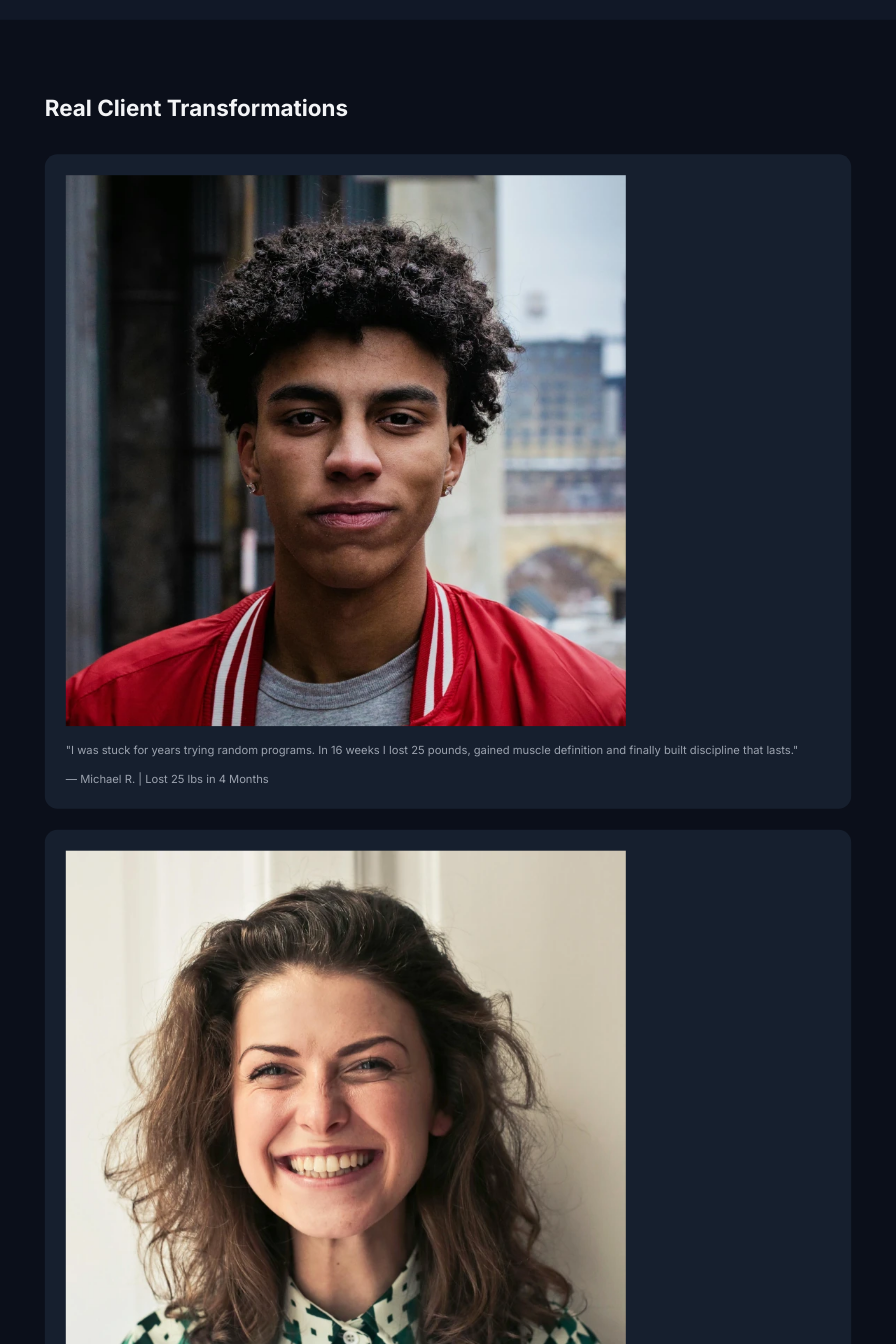
Repository: davidfsillva/Landing-page-pro
Page: index.html
The author's editor kept a copy of each file at every save. The page is drawn from the files as they stood at one save, then again after a run of saves.
The browser window is 1280 px wide. The pictures show the part of the page from y = 2886 to 4806 px (the page is 7015 px tall before and 7908 px after), at 70% of full size.

Above is the page before, as saved 2026-02-26 17:08:16.

### index.html
<!DOCTYPE html>
<html lang="en">
<head>
    <!-- ================= BASIC META ================= -->
    <meta charset="UTF-8">
    <meta name="viewport" content="width=device-width, initial-scale=1.0, maximum-scale=5.0">
    <meta name="robots" content="index, follow">
    <link rel="canonical" href="https://www.lucasreynolds.com">

    <!-- ================= SEO ================= -->
    <title>Lucas Reynolds | Elite Personal Trainer</title>
    <meta name="description" content="Elite personal training focused on fat loss, muscle building and peak performance. Customized programs, strategic nutrition and real accountability. Book your free fitness consultation today.">

    <!-- ================= OPEN GRAPH ================= -->
    <meta property="og:title" content="Lucas Reynolds | Transform Your Body in 90 Days">
    <meta property="og:description" content="Personalized training programs with proven results. Limited spots available.">
    <meta property="og:type" content="website">
    <meta property="og:image" content="https://placehold.co/1200x630/0B1020/00FF99?text=LUCAS+REYNOLDS">
    <meta property="og:url" content="https://www.lucasreynolds.com">
    <meta name="twitter:card" content="summary_large_image">

    <!-- FONTS -->
    <link rel="preconnect" href="https://fonts.googleapis.com">
    <link href="https://fonts.googleapis.com/css2?family=Inter:wght@300;400;600;700;800&display=swap" rel="stylesheet">

    <link rel="stylesheet" href="style.css">
</head>

<body>

<header class="header">
  <div class="container header-flex">
      <div class="logo">LUCAS REYNOLDS</div>

      <button class="menu-toggle" id="menuToggle">☰</button>

      <nav class="nav" id="nav">
        <a href="#home">Home</a>
        <a href="#about">About</a>
        <a href="#method">Method</a>
        <a href="#results">Results</a>
        <a href="#contact" class="nav-cta">Book Call</a>
      </nav>
  </div>
</header>

<main>

<!-- HERO -->
<section id="home" class="hero">
    <div class="hero-overlay"></div>

    <div class="container hero-grid">

        <div class="hero-content">
            <div class="hero-badge">
                Trusted by 320+ Clients Worldwide
            </div>

            <h1>
                BUILD YOUR ELITE BODY
                <span>IN 90 DAYS.</span>
            </h1>

            <p>
                High-performance coaching for ambitious men who want visible results,
                structured training and real accountability.
            </p>

            <div class="hero-buttons">
                <a href="#contact" class="btn btn-primary">
                    Book Free Strategy Call
                </a>
            </div>

            <div class="hero-proof">
                <div>
                    <strong>320+</strong>
                    <small>Transformations</small>
                </div>

                <div>
                    <strong>8+ Years</strong>
                    <small>Experience</small>
                </div>
            </div>
        </div>

    </div>
</section>

<!-- ABOUT -->
<section id="about" class="section">
    <div class="container">
        <h2>Why Most People Fail</h2>

        <div class="grid-3">

            <div class="card">
                <h3>Generic Workouts</h3>
                <p>
                    Most programs are copied from the internet and built for everyone —
                    which means they’re built for no one.
                </p>
                <p>
                    Without personalization, your body doesn’t respond the way it should.
                    Progress slows. Motivation drops.
                </p>
            </div>

            <div class="card">
                <h3>Poor Nutrition</h3>
                <p>
                    Random dieting, cutting calories blindly, or following extreme plans
                    that don’t match your lifestyle.
                </p>
                <p>
                    Nutrition must support performance, recovery and consistency —
                    not destroy your energy.
                </p>
            </div>

            <div class="card">
                <h3>No Accountability</h3>
                <p>
                    Discipline fades when there’s no structure.
                </p>
                <p>
                    Without expert guidance, weekly adjustments and performance tracking,
                    most people quit before real transformation happens.
                </p>
            </div>

        </div>
    </div>
</section>

<!-- METHOD -->
<section id="method" class="section section-dark">
    <div class="container">
        <h2>The Reynolds Method</h2>

        <div class="method-list">

            <div class="method-item" data-step="01">
                <strong>Full Performance Assessment</strong>
                <p>
                    We start with a deep evaluation of your body composition,
                    strength levels, mobility, metabolism and lifestyle habits.
                </p>
                <p>
                    This allows us to identify limitations, imbalances and
                    performance gaps before building your transformation plan.
                </p>
            </div>

            <div class="method-item" data-step="02">
                <strong>Precision Custom Program</strong>
                <p>
                    Your training plan is engineered around your goal —
                    whether fat loss, muscle gain or full body recomposition.
                </p>
                <p>
                    Progressive overload, recovery cycles and measurable benchmarks
                    are built into every phase.
                </p>
            </div>

            <div class="method-item" data-step="03">
                <strong>Strategic Nutrition System</strong>
                <p>
                    No extreme dieting. No starvation.
                </p>
                <p>
                    Instead, a structured nutrition framework aligned with your
                    metabolism, schedule and performance demands.
                </p>
            </div>

            <div class="method-item" data-step="04">
                <strong>Elite Accountability Protocol</strong>
                <p>
                    Weekly check-ins, performance tracking and plan adjustments.
                </p>
                <p>
                    You stay focused. I handle the strategy.
                </p>
            </div>

        </div>
    </div>
</section>

<!-- RESULTS -->
<section id="results" class="section">
    <div class="container">
        <h2>Real Client Transformations</h2>

        <div class="grid-3">

            <div class="testimonial">
                <img src="img/2.webp" alt="Michael transformation">
                <p>
                    "I was stuck for years trying random programs.
                    In 16 weeks I lost 25 pounds, gained muscle definition
                    and finally built discipline that lasts."
                </p>
                <span>— Michael R. | Lost 25 lbs in 4 Months</span>
            </div>

            <div class="testimonial">
                <img src="img/1.webp" alt="Sarah transformation">
                <p>
                    "The structure and weekly accountability changed everything.
                    I stopped guessing and started progressing consistently.
                    Best shape of my life at 38."
                </p>
                <span>— Sarah T. | Body Recomposition</span>
            </div>

            <div class="testimonial">
                <img src="img/3.webp" alt="Alicia transformation">
                <p>
                    "This wasn't just fat loss. I rebuilt my confidence,
                    my routine and my mindset. It became a lifestyle."
                </p>
                <span>— Alicia K. | 90-Day Transformation</span>
            </div>

        </div>
    </div>
</section>

<!-- LIMITED SPOTS -->
<section class="section section-dark urgency">
    <div class="container">
        <h2>Limited Coaching Spots Available</h2>
        <p>
            I work with a limited number of clients to ensure maximum attention and results.
            Applications close once spots are filled.
        </p>
        <a href="#contact" class="btn btn-primary">Apply Now</a>
    </div>
</section>

<!-- CONTACT -->
<section id="contact" class="section cta">
    <div class="container">
        <h2>Book Your Free Strategy Call</h2>

        <form class="form">
            <input type="text" placeholder="Full Name" required>
            <input type="email" placeholder="Email Address" required>
            <input type="tel" placeholder="Phone Number" required>

            <button type="submit" class="btn btn-primary">
                Schedule My Call
            </button>
        </form>
    </div>
</section>

</main>

<footer class="footer">
    <div class="container">
        <p>© 2026 Lucas Reynolds Performance. All rights reserved.</p>
    </div>
</footer>

<script src="script.js"></script>
</body>
</html>

### style.css
* {
    margin: 0;
    padding: 0;
    box-sizing: border-box;
}

:root {
    --bg: #0B0F1A;
    --bg-dark: #111827;
    --card: #161F2E;

    --text: #F3F4F6;
    --muted: #9CA3AF;

    --accent: #00F5A0;

    --radius: 18px;
}

body {
    font-family: 'Inter', sans-serif;
    background: var(--bg);
    color: var(--muted);
    line-height: 1.6;
}

.container {
    width: 90%;
    max-width: 1200px;
    margin: auto;
}

.section {
    padding: 100px 0;
}

.section-dark {
    background: var(--bg-dark);
}

h1, h2, h3 {
    color: var(--text);
}

.hero h1 {
    font-size: clamp(2rem, 4vw, 3rem);
}

h1 span {
    color: var(--accent);
}

h2 {
    font-size: 2rem;
    margin-bottom: 40px;
}

p {
    margin: 15px 0;
}

.btn {
    display: inline-block;
    padding: 15px 35px;
    border-radius: 50px;
    font-weight: 600;
    text-decoration: none;
    transition: 0.3s ease;
}

.btn-primary {
    background: var(--accent);
    color: #000;
}

.btn-primary:hover {
    transform: translateY(-3px);
}

/* HEADER */
.header {
    position: fixed;
    width: 100%;
    background: rgba(11,15,26,0.9);
    backdrop-filter: blur(8px);
    padding: 20px 0;
    z-index: 1000;
}

.header-flex {
    display: flex;
    justify-content: space-between;
    align-items: center;
}

.logo {
    font-weight: 800;
    color: var(--accent);
}

.nav {
    display: flex;
    gap: 30px;
}

.nav a {
    color: var(--muted);
    text-decoration: none;
}

.nav a:hover {
    color: var(--accent);
}

.menu-toggle {
    display: none;
    background: none;
    border: none;
    color: var(--accent);
    font-size: 1.5rem;
}

/* HERO */
.hero {
    height: 100vh;
    display: flex;
    align-items: center;
    background: url('img/pexels-ardit-mbrati-216809103-18187618.jpg') center right/cover no-repeat;
    position: relative;
    padding-top: 80px;
}

.hero-overlay {
    position: absolute;
    inset: 0;
    background: linear-gradient(270deg, rgba(11, 15, 26, 0.116), rgb(11, 15, 26));
}

.hero-grid {
    position: relative;
}
.hero-content {
    max-width: 600px;
    padding-left: 2px;

}

.hero-badge {
    background: rgba(0,245,160,0.1);
    color: var(--accent);
    padding: 8px 16px;
    border-radius: 50px;
    display: inline-block;
    margin-bottom: 20px;
}

.hero-proof {
    display: flex;
    gap: 40px;
    margin-top: 30px;
}

.hero-proof strong {
    color: var(--accent);
    font-size: 1.5rem;
    display: block;
}

/* ===============================
   ABOUT SECTION UPGRADE
=================================*/

#about {
    text-align: center;
}

#about h2 {
    margin-bottom: 60px;
    position: relative;
}

#about h2::after {
    content: "";
    width: 60px;
    height: 3px;
    background: var(--accent);
    display: block;
    margin: 18px auto 0;
    border-radius: 3px;
}

/* GRID */
.grid-3 {
    display: grid;
    gap: 35px;
}

/* CARD ESTILO PROBLEMA */
.card {
    position: relative;
    background: linear-gradient(145deg, #121A2B, #0E1524);
    padding: 40px 30px;
    border-radius: 20px;
    border: 1px solid rgba(255,255,255,0.04);
    transition: 0.35s ease;
    text-align: left;
    overflow: hidden;
}



/* Hover mais forte */
.card:hover {
    transform: translateY(-10px);
    border-color: var(--accent);
    box-shadow: 0 25px 60px -20px var(--accent);
}

.card h3 {
    color: var(--accent);
    font-size: 1.2rem;
    margin-bottom: 15px;
}

.card p {
    font-size: 0.95rem;
    color: var(--muted);
    line-height: 1.6;
}



/* ===============================
   METHOD SECTION IMPROVED
=================================*/

.method-list {
    display: grid;
    gap: 30px;
    margin-top: 50px;
}

.method-item {
    position: relative;
    background: linear-gradient(145deg, #141C2F, #0F1625);
    padding: 30px 35px 30px 80px;
    border-radius: 18px;
    border: 1px solid rgba(255,255,255,0.05);
    transition: 0.35s ease;
    overflow: hidden;
}

/* Linha lateral de destaque */
.method-item::before {
    content: "";
    position: absolute;
    left: 0;
    top: 0;
    height: 100%;
    width: 6px;
    background: var(--accent);
    opacity: 0.8;
}

/* Número grande no fundo */
.method-item::after {
    content: attr(data-step);
    position: absolute;
    right: 25px;
    top: 20px;
    font-size: 4rem;
    font-weight: 800;
    color: rgba(255,255,255,0.04);
}

/* Hover sofisticado */
.method-item:hover {
    transform: translateY(-8px);
    border-color: var(--accent);
    box-shadow: 0 20px 50px -15px rgba(0,245,160,0.25);
}

.method-item strong {
    display: block;
    font-size: 1.2rem;
    color: var(--text);
    margin-bottom: 10px;
}

.method-item p {
    font-size: 0.95rem;
    color: var(--muted);
    max-width: 500px;
}



/* CARDS */
.grid-3 {
    display: grid;
    gap: 30px;
}

.card, .testimonial {
    background: var(--card);
    padding: 30px;
    border-radius: var(--radius);
}

.method-list {
    display: grid;
    gap: 25px;
}

.method-item strong {
    color: var(--accent);
}

/* FORM */
.form {
    display: grid;
    gap: 20px;
    max-width: 500px;
}

.form input {
    padding: 15px;
    border-radius: 10px;
    border: none;
}

/* ===============================
   CTA CLEAN HIGH-END
=================================*/

.cta {
    background: #0E1428;
    padding: 120px 0;
    text-align: center;
    border-top: 1px solid rgba(255,255,255,0.05);
    border-bottom: 1px solid rgba(255,255,255,0.05);
}

.cta h2 {
    font-size: clamp(2rem, 4vw, 2.6rem);
    margin-bottom: 20px;
}

.cta p {
    max-width: 600px;
    margin: 0 auto 50px auto;
    font-size: 1rem;
    color: var(--muted);
}

/* FORM INLINE PREMIUM */
.form {
    max-width: 900px;
    margin: 0 auto;
    display: grid;
    grid-template-columns: repeat(4, 1fr);
    gap: 15px;
}

/* INPUTS */
.form input {
    padding: 16px 18px;
    border-radius: 12px;
    border: 1px solid rgba(255,255,255,0.08);
    background: #111827;
    color: var(--text);
    font-size: 0.95rem;
    transition: 0.3s ease;
}

.form input::placeholder {
    color: rgba(255,255,255,0.4);
}

.form input:focus {
    border-color: var(--accent);
    box-shadow: 0 0 0 3px rgba(0,245,160,0.12);
    outline: none;
}

/* BOTÃO */
.form button {
    border-radius: 12px;
    font-weight: 700;
}

/* RESPONSIVO */
@media (max-width: 900px) {
    .form {
        grid-template-columns: 1fr;
    }
}

/* FOOTER */
.footer {
    padding: 40px 0;
    text-align: center;
    background: #05070E;
}

/* RESPONSIVE */

@media (max-width: 768px) {
    .nav {
        display: none;
        flex-direction: column;
        background: var(--bg-dark);
        position: absolute;
        top: 70px;
        right: 0;
        padding: 20px;
    }

    .nav.active {
        display: flex;
    }

    .menu-toggle {
        display: block;
    }

    .hero-proof {
        flex-direction: column;
    }


    .method-list {
        grid-template-columns: repeat(2, 1fr);
    }

    .grid-3 {
        grid-template-columns: 1fr;
    }

    .method-list {
        grid-template-columns: 1fr;

    }


}

### script.js
(function () {
  "use strict";

  /* =====================================================
     1. MENU RESPONSIVO COM ACESSIBILIDADE
  ===================================================== */
  const menuToggle = document.getElementById("menuToggle");
  const navMenu = document.getElementById("navMenu");

  if (menuToggle && navMenu) {
    menuToggle.addEventListener("click", () => {
      const isActive = navMenu.classList.toggle("active");

      // Atualiza aria-expanded para acessibilidade
      menuToggle.setAttribute("aria-expanded", isActive);

      // Impede scroll do body quando menu aberto
      document.body.style.overflow = isActive ? "hidden" : "auto";
    });

    // Fecha menu ao clicar em link
    document.querySelectorAll(".nav-menu a").forEach(link => {
      link.addEventListener("click", () => {
        navMenu.classList.remove("active");
        menuToggle.setAttribute("aria-expanded", "false");
        document.body.style.overflow = "auto";
      });
    });
  }

  /* =====================================================
     2. SCROLL SUAVE COM OFFSET DO HEADER
  ===================================================== */
  const header = document.querySelector("header");

  document.querySelectorAll('a[href^="#"]').forEach(anchor => {
    anchor.addEventListener("click", function (e) {
      const targetId = this.getAttribute("href");
      if (targetId === "#") return;

      const target = document.querySelector(targetId);
      if (!target) return;

      e.preventDefault();

      const headerHeight = header ? header.offsetHeight : 0;
      const elementPosition = target.getBoundingClientRect().top + window.scrollY;
      const offsetPosition = elementPosition - headerHeight - 10;

      window.scrollTo({
        top: offsetPosition,
        behavior: "smooth"
      });
    });
  });

  /* =====================================================
     3. REVEAL ON SCROLL (OTIMIZADO)
  ===================================================== */
  const reveals = document.querySelectorAll(".reveal");

  if ("IntersectionObserver" in window) {
    const revealObserver = new IntersectionObserver((entries, observer) => {
      entries.forEach(entry => {
        if (entry.isIntersecting) {
          entry.target.classList.add("active");
          observer.unobserve(entry.target);
        }
      });
    }, {
      threshold: 0.15,
      rootMargin: "0px 0px -40px 0px"
    });

    reveals.forEach(el => revealObserver.observe(el));
  } else {
    // Fallback simples
    reveals.forEach(el => el.classList.add("active"));
  }

  /* =====================================================
     4. CONTADOR ANIMADO
  ===================================================== */
  const counter = document.querySelector(".counter-number");

  if (counter) {
    const target = parseInt(counter.dataset.target, 10);
    let current = 0;
    const duration = 1500;
    const startTime = performance.now();

    const animateCounter = (timestamp) => {
      const progress = Math.min((timestamp - startTime) / duration, 1);
      current = Math.floor(progress * target);
      counter.textContent = current.toLocaleString("pt-BR");

      if (progress < 1) {
        requestAnimationFrame(animateCounter);
      } else {
        counter.textContent = target.toLocaleString("pt-BR");
      }
    };

    const counterObserver = new IntersectionObserver(entries => {
      if (entries[0].isIntersecting) {
        requestAnimationFrame(animateCounter);
        counterObserver.disconnect();
      }
    }, { threshold: 0.6 });

    counterObserver.observe(counter);
  }

  /* =====================================================
     5. VALIDAÇÃO AVANÇADA + REDIRECIONAMENTO WHATSAPP
  ===================================================== */
  const form = document.getElementById("leadForm");
  const feedback = document.getElementById("formFeedback");

  if (form && feedback) {
    form.addEventListener("submit", function (e) {
      e.preventDefault();

      const nome = document.getElementById("nome").value.trim();
      const email = document.getElementById("email").value.trim();
      const telefone = document.getElementById("telefone").value.trim();
      const telDigits = telefone.replace(/\D/g, "");

      // Reset visual
      feedback.style.color = "#ff4d4d";
      feedback.textContent = "";

      /* ===== Validações ===== */

      if (nome.length < 5 || !/\s/.test(nome)) {
        feedback.textContent = "Digite nome e sobrenome corretamente.";
        return;
      }

      const emailRegex = /^[^\s@]+@[^\s@]+\.[^\s@]+$/;
      if (!emailRegex.test(email)) {
        feedback.textContent = "Digite um e-mail válido.";
        return;
      }

      if (telDigits.length < 10 || telDigits.length > 11) {
        feedback.textContent = "WhatsApp inválido. Use DDD + número.";
        return;
      }

      /* ===== Sucesso ===== */
      feedback.style.color = "#00FF99";
      feedback.textContent = "Redirecionando para o WhatsApp...";

      /* ===== Disparo de Pixel ===== */

      // Meta Pixel
      if (typeof fbq === "function") {
        fbq("track", "Lead");
      }

      // Google Ads (exemplo)
      if (typeof gtag === "function") {
        gtag("event", "conversion", {
          event_category: "Lead",
          event_label: "Form Landing"
        });
      }

      /* ===== Redirecionamento WhatsApp ===== */

      const numeroPersonal = "5511999999999"; // ⚠️ ALTERE AQUI
      const mensagem = encodeURIComponent(
        `Olá! Me chamo ${nome}.\nQuero agendar minha avaliação gratuita.\nE-mail: ${email}`
      );

      setTimeout(() => {
        window.location.href = `https://wa.me/${numeroPersonal}?text=${mensagem}`;
      }, 1200);
    });
  }

})();

After the next 2 saves:
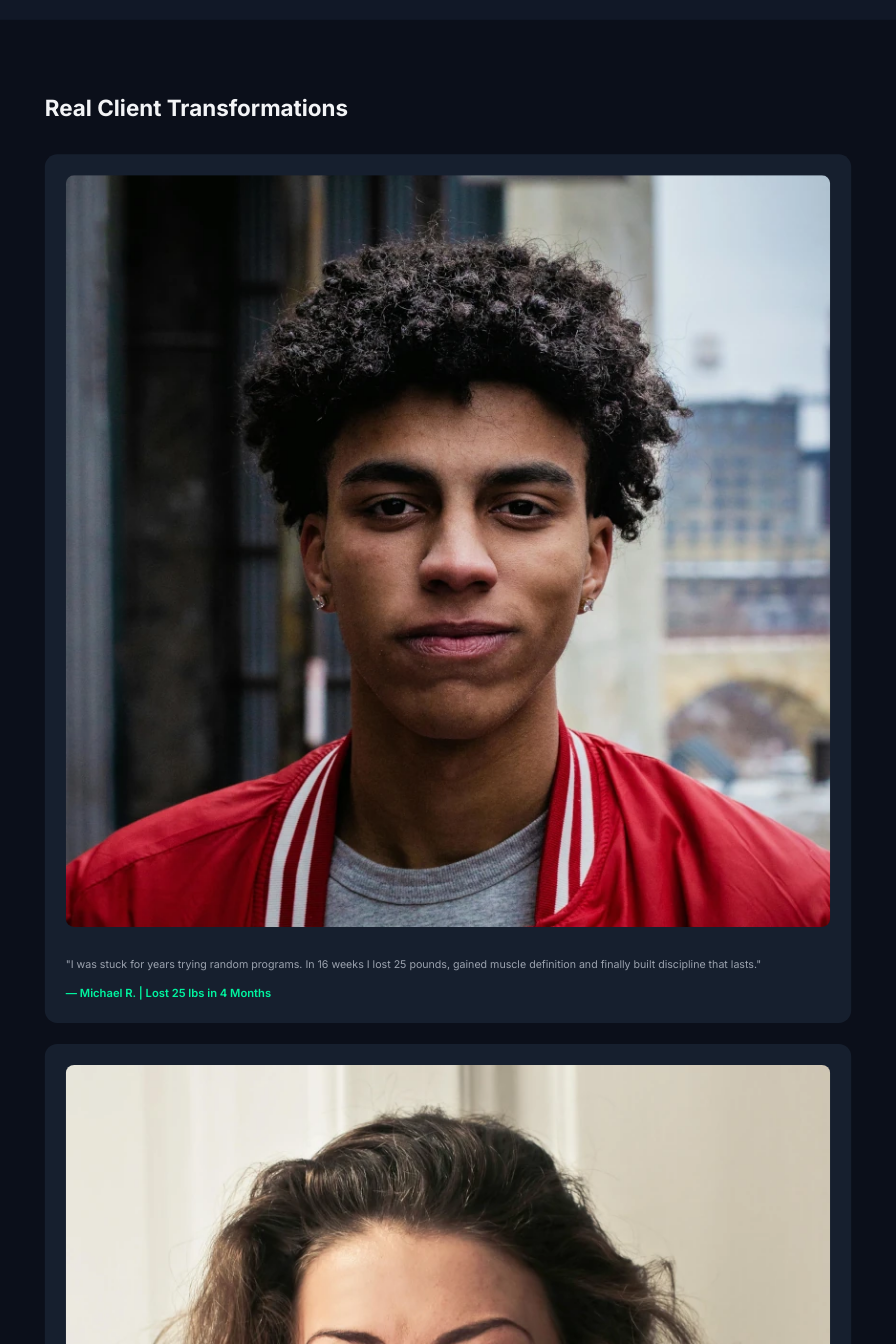
The 2 saves are shown as one change because they came seconds apart.
The last was saved 49 s later.
--- a/style.css
+++ b/style.css
@@ -316,6 +316,24 @@ p {
     color: var(--accent);
 }
 
+.testimonial img {
+    width: 100%;
+    border-radius: 12px;
+    margin-bottom: 20px;
+}
+
+.testimonial p {
+    font-size: 0.95rem;
+    line-height: 1.6;
+}
+
+.testimonial span {
+    display: block;
+    margin-top: 15px;
+    font-weight: 600;
+    color: var(--accent);
+}
+
 /* FORM */
 .form {
     display: grid;
